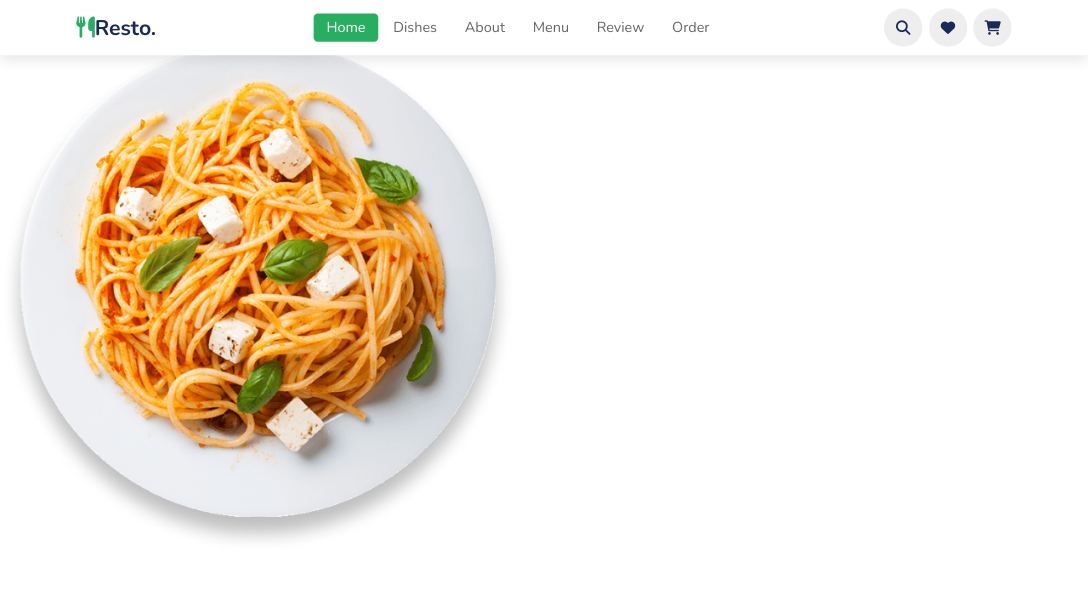
Repository: CarsonDev1/FoodWeb
Page: index.html
These files come from the project's save history. The page is drawn as it stood at one moment and after the next save; the edit follows.
The browser window is 1280 px wide. The pictures show the whole page, at 85% of full size.
Some web libraries are served in a nearby version.

Above is the page before, as saved 2022-05-18 19:23:56.

### index.html
<!DOCTYPE html>
<html lang="en">
  <head>
    <meta charset="UTF-8" />
    <meta http-equiv="X-UA-Compatible" content="IE=edge" />
    <meta name="viewport" content="width=device-width, initial-scale=1.0" />
    <title>Document</title>
    <!-- CSS link -->
    <link rel="stylesheet" href="./css/style.css" />
    <!-- Google font -->
    <link rel="preconnect" href="https://fonts.googleapis.com" />
    <link rel="preconnect" href="https://fonts.gstatic.com" crossorigin />
    <link
      href="https://fonts.googleapis.com/css2?family=DM+Sans:wght@700&family=Manrope:wght@400;700;800&family=Nunito:wght@200;300;400;600;700&display=swap"
      rel="stylesheet"
    />
    <!-- font awesome cdn link -->
    <link
      rel="stylesheet"
      href="https://cdnjs.cloudflare.com/ajax/libs/font-awesome/6.1.1/css/all.min.css"
    />
  </head>
  <body>
    <!-- Header section start -->
    <header>
      <a href="#" class="logo"><i class="fas fa-utensils"></i>resto.</a>
      <nav class="navbar">
        <a class="active" href="#home">home</a>
        <a href="#dishes">dishes</a>
        <a href="#about">about</a>
        <a href="#menu">menu</a>
        <a href="#review">review</a>
        <a href="#order">order</a>
      </nav>
      <div class="icons">
        <i class="fas fa-bars" id="menu-bars"></i>
        <i class="fas fa-search" id="search-icon"></i>
        <a href="#" class="fas fa-heart"></a>
        <a href="#" class="fas fa-shopping-cart"></a>
      </div>
    </header>
    <!-- Header section end -->
    <!-- Search form -->
    <form action="" id="search-form">
      <input
        type="search"
        placeholder="search here..."
        name=""
        id="search-box"
      />
      <label for="search-box" class="fas fa-search"></label>
      <i class="fas fa-times" id="close"></i>
    </form>
    <!-- home section start -->
    <section class="home" id="home">
      <div class="container">
        <div class="wrapper">
          <div class="slide">
            <div class="content">
              <span>our special dish</span>
              <h3>spicy noodles</h3>
              <p>
                Lorem ipsum dolor, sit amet consectetur adipisicing elit.
                Repellat, vel. Aliquam, illo. Tempore incidunt possimus quo? Est
                sequi quidem maiores reiciendis architecto dolore enim
                cupiditate. Quo tenetur alias iure. Molestiae.
              </p>
              <a href="#" class="btn"></a>
            </div>
            <div class="image">
              <img src="images/home-img-1.png" alt="" />
            </div>
          </div>
        </div>
      </div>
    </section>
    <!-- home section end -->
    <!-- JS file link -->
    <script src="./js/app.js"></script>
  </body>
</html>

### css/style.css
:root {
  --green: #27ae60;
  --black: #192a56;
  --light-color: #666;
  --box-shadow: 0 0.5rem 1.5rem rgba(0, 0, 0, 0.1);
}
* {
  font-family: "Nunito", sans-serif;
  margin: 0;
  padding: 0;
  box-sizing: border-box;
  text-decoration: none;
  outline: none;
  border: none;
  text-transform: capitalize;
  transition: all 0.2s linear;
}
html {
  font-size: 62.5%;
  overflow-x: hidden;
  scroll-padding-top: 5.5rem;
  scroll-behavior: smooth;
}
header {
  position: fixed;
  top: 0;
  left: 0;
  right: 0;
  background: #fff;
  padding: 1rem 7%;
  display: flex;
  align-items: center;
  justify-content: space-between;
  z-index: 1000;
  box-shadow: var(--box-shadow);
}
header .logo {
  color: var(--black);
  font-size: 2.5rem;
  font-weight: bolder;
}
header .logo i {
  color: var(--green);
}
header .navbar a {
  font-size: 1.7rem;
  border-radius: 0.5rem;
  padding: 0.5rem 1.5rem;
  color: var(--light-color);
}
header .navbar a.active,
header .navbar a:hover {
  background: var(--green);
  color: #fff;
}
header .icons i,
header .icons a {
  cursor: pointer;
  margin-left: 0.5rem;
  height: 4.5rem;
  line-height: 4.5rem;
  width: 4.5rem;
  text-align: center;
  font-size: 1.7rem;
  color: var(--black);
  border-radius: 50%;
  background: #eee;
}
header .icons i:hover,
header .icons a:hover {
  color: #fff;
  background: var(--green);
  transform: rotate(360deg);
}
header .icons #menu-bars {
  display: none;
}
#search-form {
  position: fixed;
  top: -110%;
  left: 0;
  height: 100%;
  width: 100%;
  z-index: 1004;
  background: rgba(0, 0, 0, 0.8);
  display: flex;
  align-items: center;
  justify-content: center;
  padding: 0 1rem;
}
#search-form.active {
  top: 0;
}
#search-form #search-box {
  width: 50rem;
  border-bottom: 1px solid #fff;
  padding: 1rem 0;
  color: #fff;
  font-size: 3rem;
  text-transform: none;
  background: none;
}
#search-form #search-box::placeholder {
  color: #eee;
}
#search-form #search-box::-webkit-search-cancel-button {
  -webkit-appearance: none;
}
#search-form label {
  color: #fff;
  cursor: pointer;
  font-size: 3rem;
}
#search-form label:hover {
  color: var(--green);
}
#search-form #close {
  position: absolute;
  color: #fff;
  cursor: pointer;
  top: 2rem;
  right: 3rem;
  font-size: 5rem;
}
/* media queries */
@media (max-width: 991px) {
  html {
    font-size: 55%;
  }
  header {
    padding: 1rem 2rem;
  }
}
@media (max-width: 768px) {
  header .icons #menu-bars {
    display: inline-block;
  }
  header .navbar {
    position: absolute;
    top: 100%;
    left: 0;
    right: 0;
    background: #fff;
    border-top: 0.1rem solid rgba(0, 0, 0, 0.2);
    padding: 1rem;
    clip-path: polygon(0 0, 100% 0, 100% 0, 0 0);
  }
  header .navbar.active {
    clip-path: polygon(0 0, 100% 0, 100% 100%, 0 100%);
  }
  header .navbar a {
    display: block;
    font-size: 2.5rem;
    padding: 1.5rem;
    margin: 1rem;
    background: #eee;
  }
  #search-form #search-box {
    width: 90%;
    margin: 0 1rem;
  }
}
@media (max-width: 991px) {
  html {
    font-size: 50%;
  }
}

### js/app.js
let menu = document.querySelector("#menu-bars");
let navbar = document.querySelector(".navbar");

menu.onclick = () => {
  menu.classList.toggle("fa-times");
  navbar.classList.toggle("active");
};
menu.onscroll = () => {
  menu.classList.remove("fa-times");
  navbar.classList.remove("active");
};
document.querySelector("#search-icon").onclick = () => {
  document.querySelector("#search-form").classList.toggle("active");
};
document.querySelector("#close").onclick = () => {
  document.querySelector("#search-form").classList.remove("active");
};

After the next save:
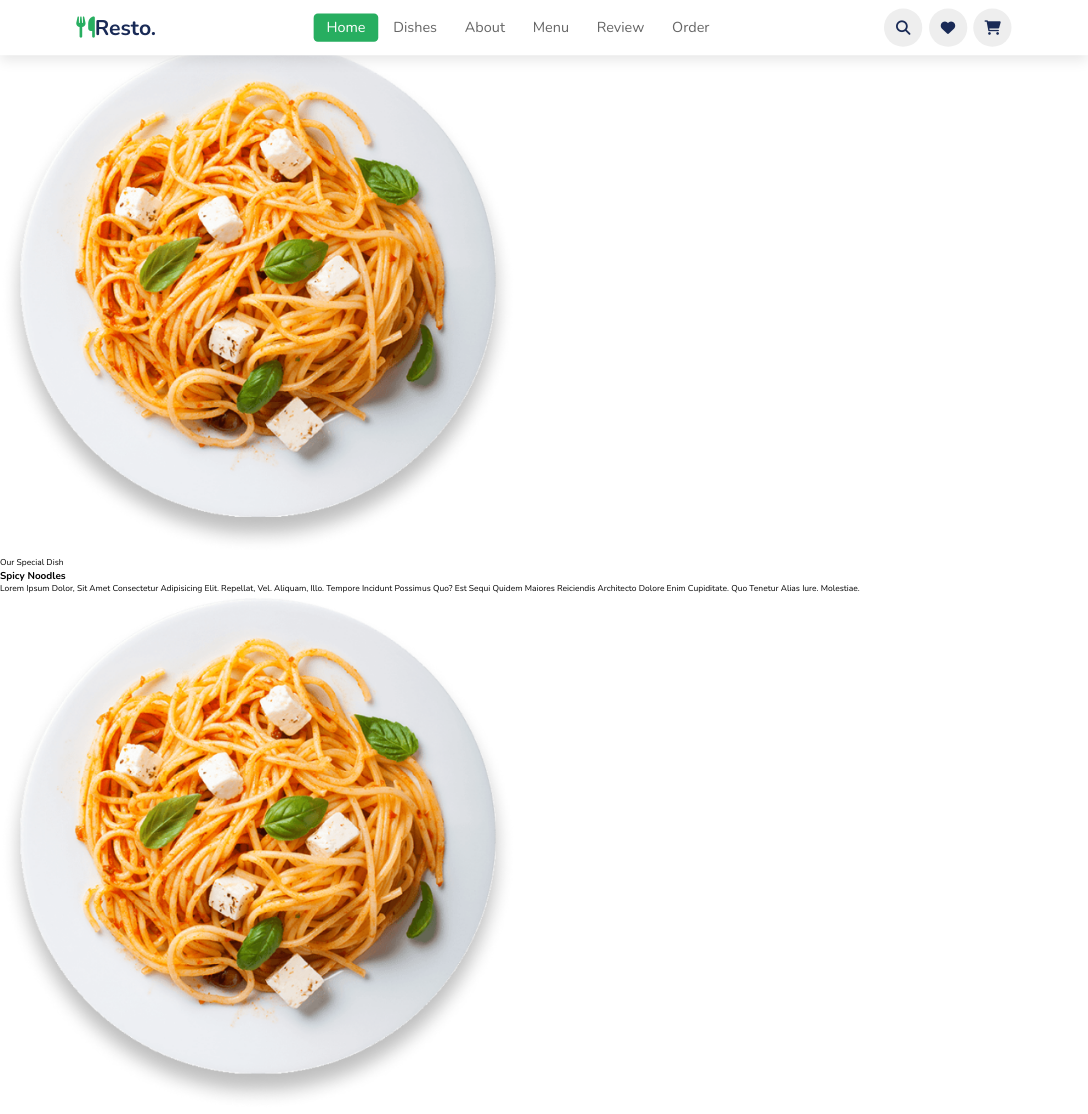
Saved 36 s later.
--- a/index.html
+++ b/index.html
@@ -71,6 +71,22 @@
               <img src="images/home-img-1.png" alt="" />
             </div>
           </div>
+          <div class="slide">
+            <div class="content">
+              <span>our special dish</span>
+              <h3>spicy noodles</h3>
+              <p>
+                Lorem ipsum dolor, sit amet consectetur adipisicing elit.
+                Repellat, vel. Aliquam, illo. Tempore incidunt possimus quo? Est
+                sequi quidem maiores reiciendis architecto dolore enim
+                cupiditate. Quo tenetur alias iure. Molestiae.
+              </p>
+              <a href="#" class="btn"></a>
+            </div>
+            <div class="image">
+              <img src="images/home-img-1.png" alt="" />
+            </div>
+          </div>
         </div>
       </div>
     </section>
